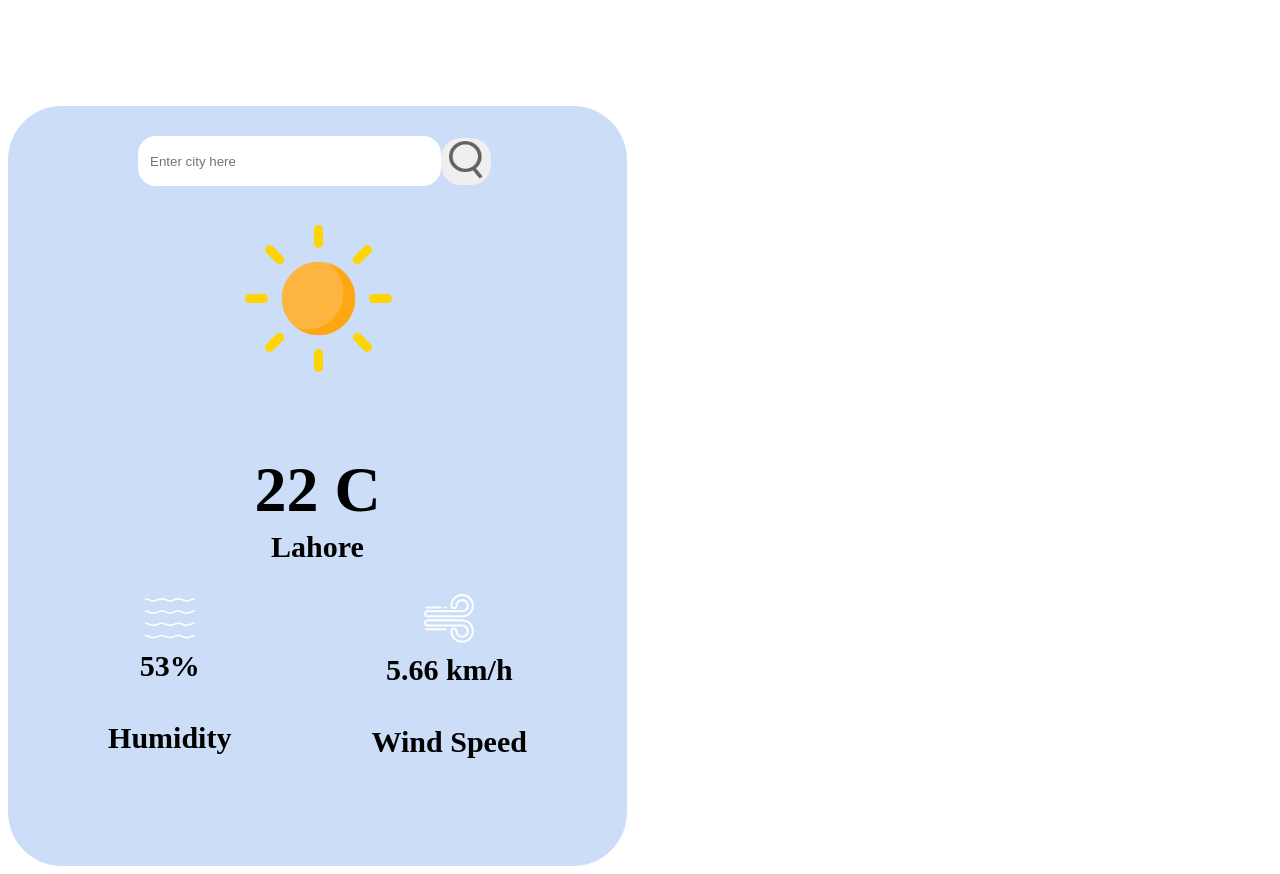
Repository: WajihaGul/Javascripts-Projects
Page: WEATHER APP/index.html
These files come from the project's save history. The page is drawn as it stood at one moment and after the next save; the edit follows.
The browser window is 1280 px wide. The pictures show the whole page.

Above is the page before, as saved 2024-06-07 16:41:12.
Not found: WEATHER APP/script.js

### WEATHER APP/index.html
<!DOCTYPE html>
<html>
    <head>
        <meta charset="utf-8">
        <meta http-equiv="X-UA-Compatible" content="IE=edge">
        <title></title>
        <meta name="description" content="">
        <meta name="viewport" content="width=device-width, initial-scale=1">
        <link rel="stylesheet" href="./style.css">
    </head>
    <body>
            <div class="MainDiv">
                <div class="SearchDiv" >
                <input type="search" class="SearchInput" placeholder="Enter city here">
                <button class="SearchLogo"><img src="/images/search.png" class="btnimg" alt="SearchLogo"></button>
            </div>

            <div class="SecDiv">
                <div class="weather">
                <img src="./images/clear.png" alt="weather here" class="weatherImg">
                </div>
                <div class="temp">
                    <h1>22 C</h1>
                </div>
                <div class="cityName">
                    <h1>Lahore</h1>
                </div>
                <div class="humidityAndWindSpeed">
                <div class="humidity">
                    <img src="./images/humidity.png" alt="">
                    <h1>53%</h1>
                    <br>
                    <h2>Humidity</h2>
                </div>
                <div class="windSpeed">
                    <img src="./images/wind.png" alt="">
                    <h1>5.66 km/h</h1>
                    <br>
                    <h2>Wind Speed</h2>
                </div>
                </div>
            </div>
        </div>
        <script src="./script.js" async defer></script>
    </body>
</html>

### WEATHER APP/style.css
.MainDiv{
    background-color: rgb(154 187 241 / 50%);
    width: 559px;
    margin-top: 106px;
    border-radius: 54px;
    height: 700px;
    padding: 30px
}
 .SearchInput{
    width: 303px;
    height: 50px;
    border-radius: 18px;
    padding: 10px;
    border-color: transparent;
}
.SearchDiv{
    display: flex;
    flex-direction: row;
    align-items: center;
    margin: 0 auto;
    margin-left: 100px;
    margin-right: 100px;
}
.btnimg{
    height: 38px;
    width: 34px;
}
.SearchLogo{
    border-color: transparent;
    border-radius: 20px;
    cursor: pointer;
}
.temp h1{
    display: flex;
    align-items: center;
    justify-content: center;
    font-size: 64px;

}
.weatherImg{
    display: flex;
    margin: 0 auto;

}
.cityName h1{
    display: flex;
    align-items: center;
    justify-content: center;
    font-size: 30px;
    margin-top: -50px;
    padding: 10px;
}
.humidityAndWindSpeed {
    display: flex;
    justify-content: space-around;
    align-items: center;
    margin-top: 20px;
}

.humidity,
.windSpeed {
    display: flex;
    flex-direction: column;
    align-items: center;
    text-align: center; /* Center text */
}

.humidity img,
.windSpeed img {
    margin-bottom: 10px; /* Adjust as needed */
    width: 50px; /* Adjust as needed */
    height: auto; /* Maintain aspect ratio */
}

.humidity h1,
.windSpeed h1 {
    font-size: 30px;
    margin: 0 auto;
}

.humidity h2,
.windSpeed h2 {
    font-size: 30px;
    margin: 0 auto;
    padding-top: 20px;
}

After the next save:
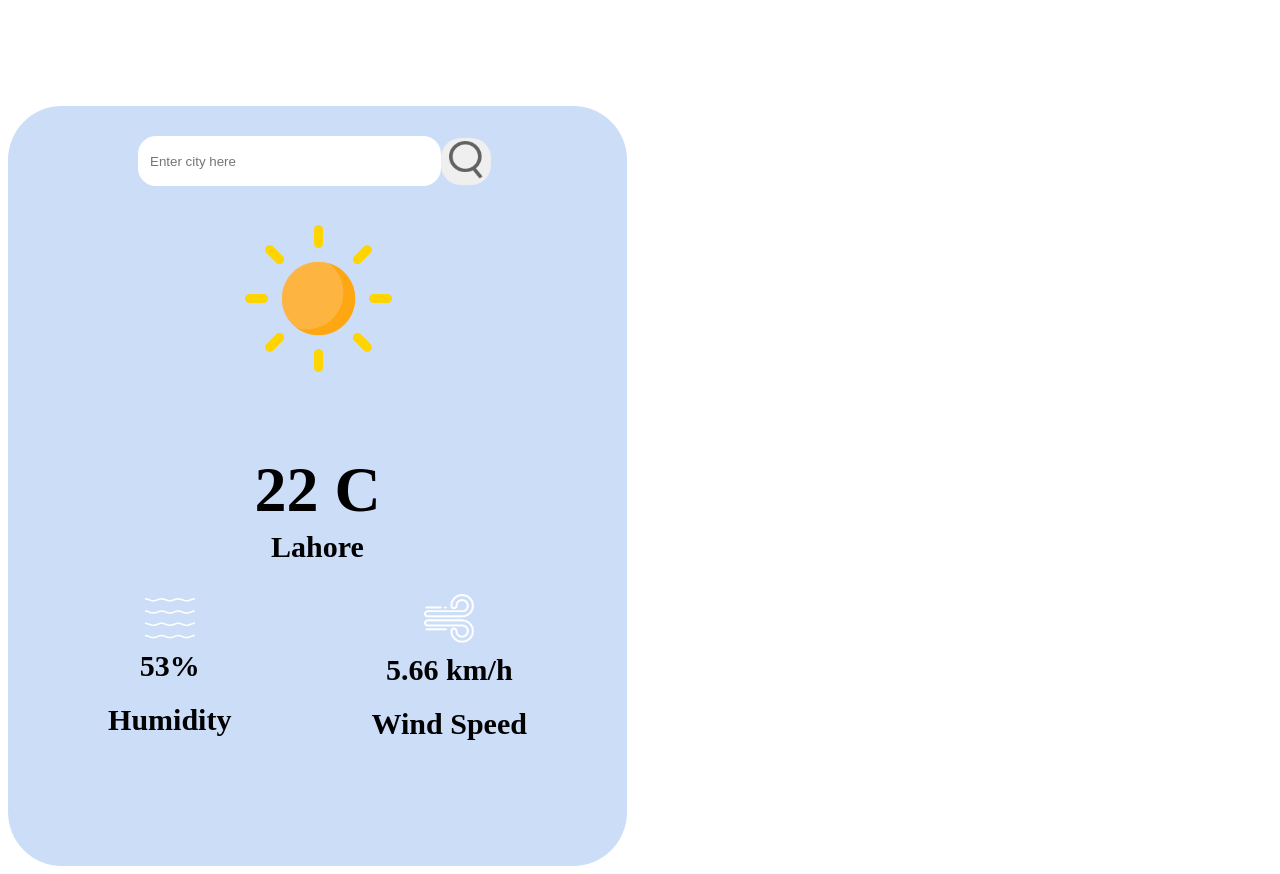
Saved 29 s later.
--- a/WEATHER APP/index.html
+++ b/WEATHER APP/index.html
@@ -29,14 +29,13 @@
                 <div class="humidity">
                     <img src="./images/humidity.png" alt="">
                     <h1>53%</h1>
-                    <br>
+
                     <h2>Humidity</h2>
                 </div>
                 <div class="windSpeed">
                     <img src="./images/wind.png" alt="">
                     <h1>5.66 km/h</h1>
-                    <br>
-                    <h2>Wind Speed</h2>
+                                        <h2>Wind Speed</h2>
                 </div>
                 </div>
             </div>
